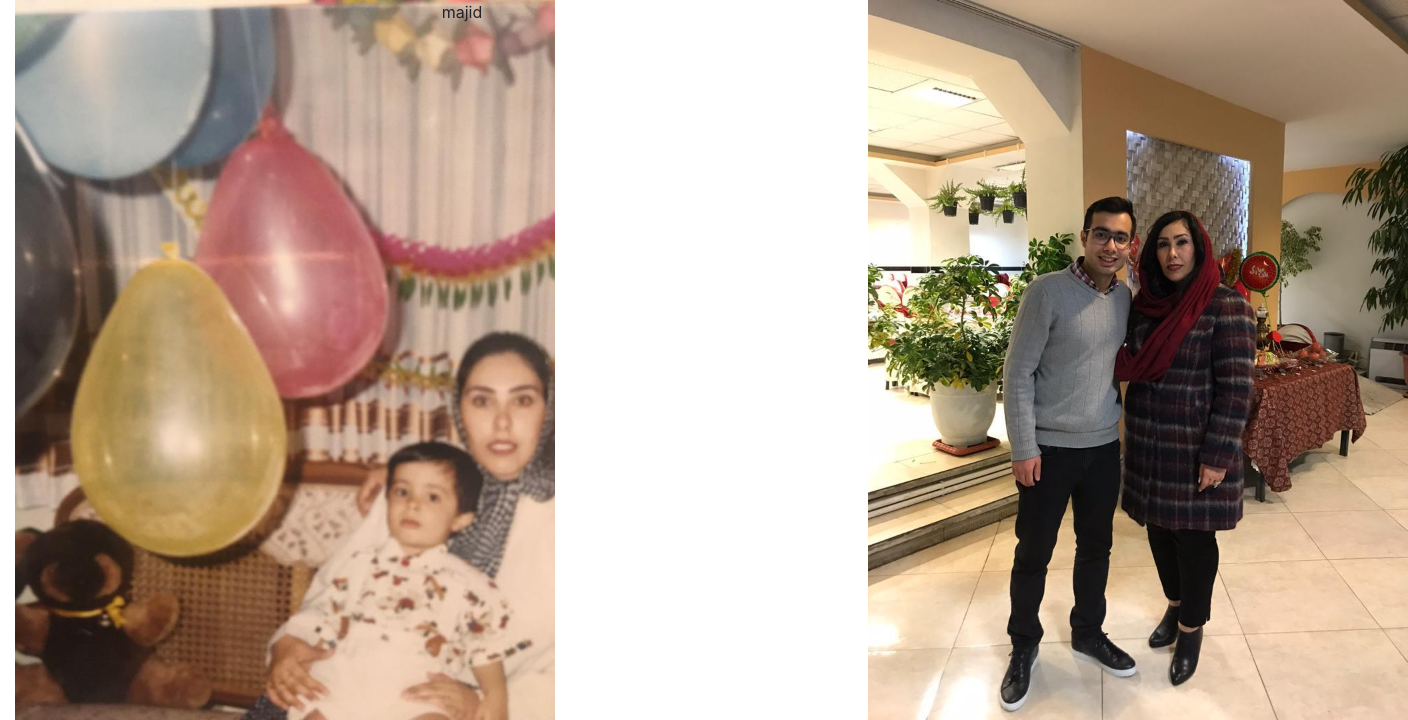
Repository: mirfarzam/mirfarzam.github.io
Page: khalelila/index.html
The author's editor kept a copy of each file at every save. The page is drawn from the files as they stood at one save, then again after the next save.
The browser window is 1280 px wide. The page is 1408 px wide, then 1280 px, so the pictures cover 1408 px, including what lies to the right of the window. The pictures show the whole page.

Above is the page before, as saved 2020-04-30 21:12:16.

### khalelila/index.html
<html>
<head>
<title>تولد خاله لیلا</title>
<link href="https://stackpath.bootstrapcdn.com/bootstrap/4.4.1/css/bootstrap.min.css" rel="stylesheet" integrity="sha384-Vkoo8x4CGsO3+Hhxv8T/Q5PaXtkKtu6ug5TOeNV6gBiFeWPGFN9MuhOf23Q9Ifjh" crossorigin="anonymous">
<script
  src="https://code.jquery.com/jquery-3.5.0.min.js"
  integrity="sha256-xNzN2a4ltkB44Mc/Jz3pT4iU1cmeR0FkXs4pru/JxaQ="
  crossorigin="anonymous"></script>
<script src="https://stackpath.bootstrapcdn.com/bootstrap/4.4.1/js/bootstrap.min.js" integrity="sha384-wfSDF2E50Y2D1uUdj0O3uMBJnjuUD4Ih7YwaYd1iqfktj0Uod8GCExl3Og8ifwB6" crossorigin="anonymous"></script>
<script src="https://stackpath.bootstrapcdn.com/bootstrap/4.4.1/js/bootstrap.bundle.min.js" integrity="sha384-6khuMg9gaYr5AxOqhkVIODVIvm9ynTT5J4V1cfthmT+emCG6yVmEZsRHdxlotUnm" crossorigin="anonymous"></script>

<style>
.maincontrainer{
    width:100vw;
    height:100vh
}
.maincontrainer .row, .maincontrainer .row .col-sm-4{
    height: inherit;
    width: inherit;
}
.maincontrainer .row .col-sm-4 {
    position:relative;
}
.maincontrainer .row .col-sm-4 img{
    width:100%%;
    height:inherit;
    position:relative;
    top:0;
    left:0;
    object-fit:cover;
}

</style>
</head>
<body>
<section class="container-fluid maincontrainer">
    <div class="row">
        <div class="col-sm-4"><img src="old.jpeg"></div>
        <div class="col-sm-4">majid</div>
        <div class="col-sm-4"><img src="new.jpeg"></div>
    </div>
</section>
</body>
</html>

After the next save:
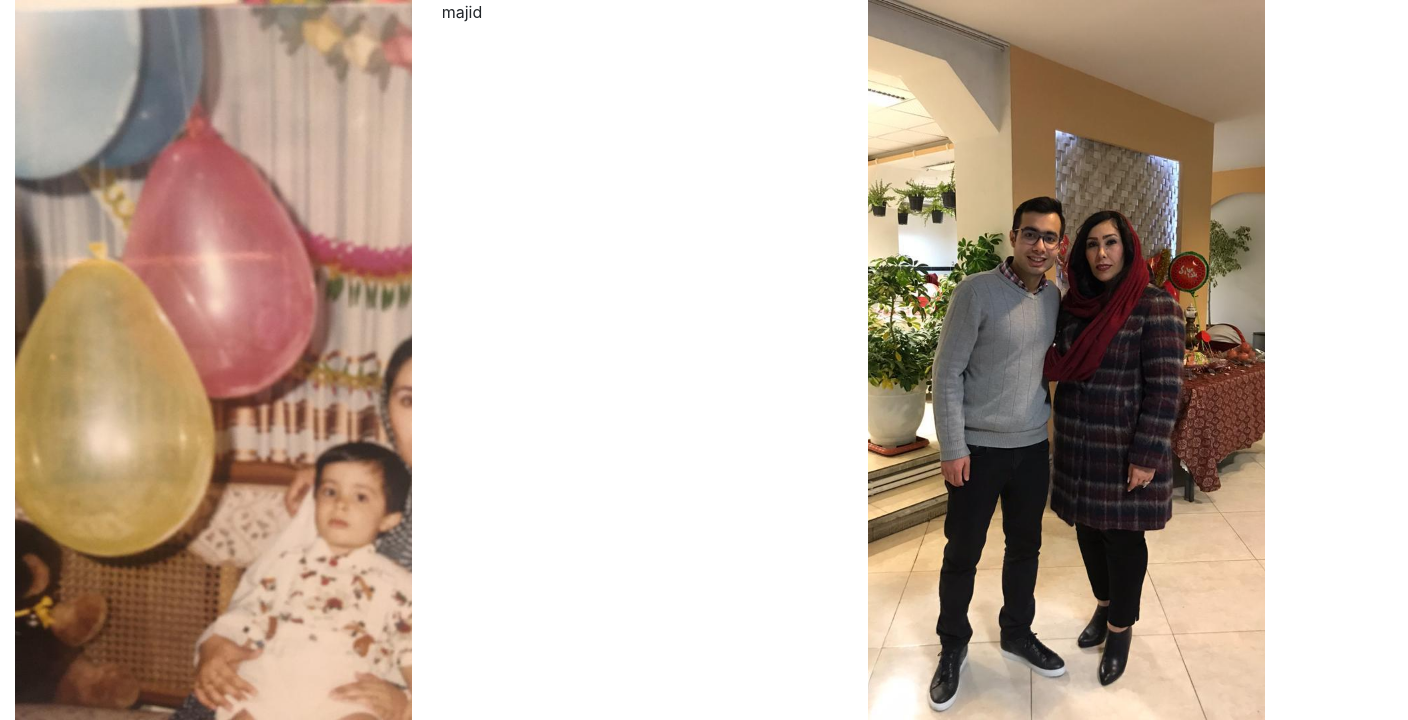
Saved 1 s later.
--- a/khalelila/index.html
+++ b/khalelila/index.html
@@ -22,7 +22,7 @@
     position:relative;
 }
 .maincontrainer .row .col-sm-4 img{
-    width:100%%;
+    width:100%;
     height:inherit;
     position:relative;
     top:0;
